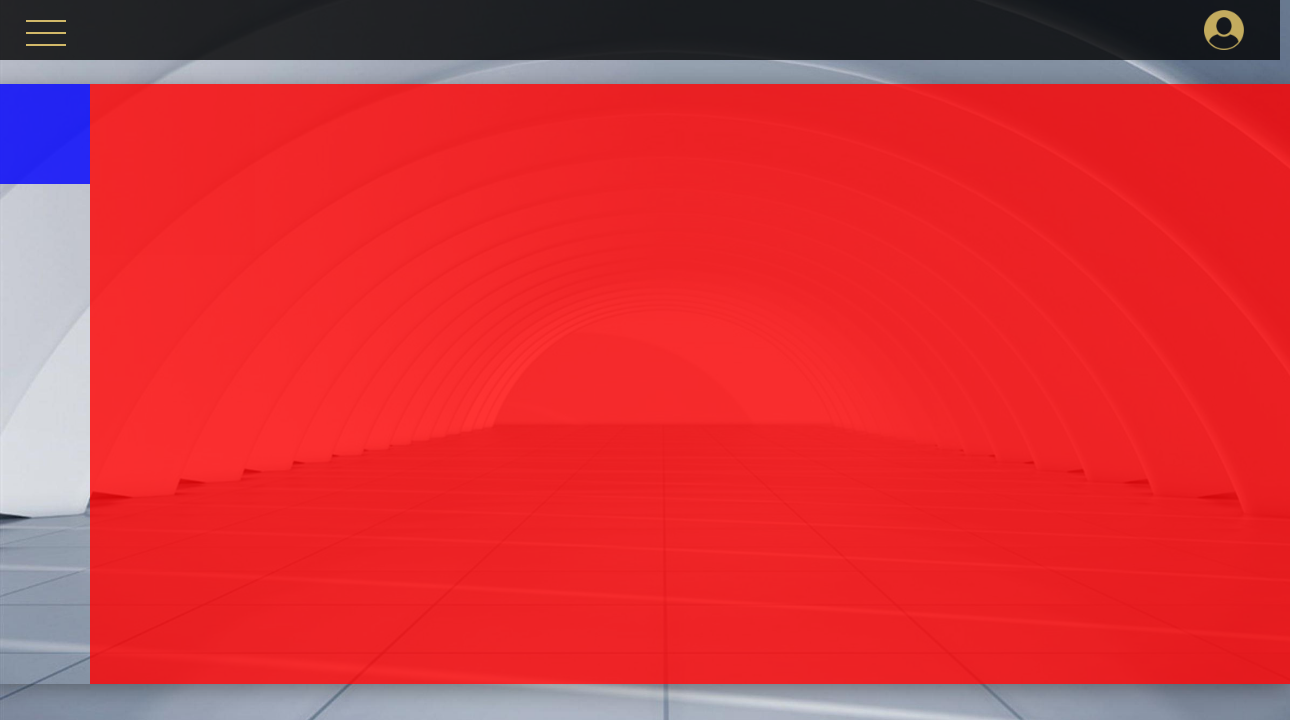
Repository: ustc-hzy/ziYang
Page: login.html
These files come from the project's save history. The page is drawn as it stood at one moment and after the next save; the edit follows.
The browser window is 1280 px wide. The page is 1290 px wide, so the pictures cover 1290 px, including what lies to the right of the window. The pictures show the whole page.
The first `#login-box` is checked.

Above is the page before, as saved 2020-06-19 12:55:18.

After the next save:
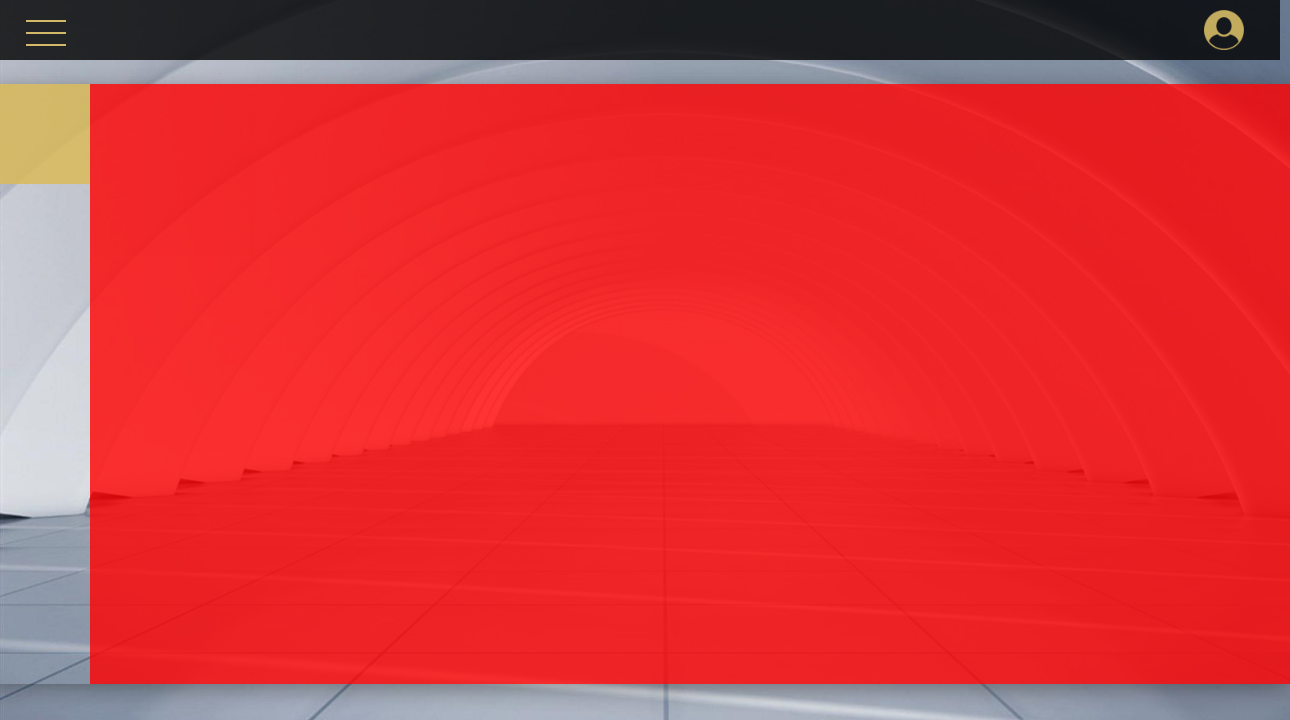
Saved 15 s later.
--- a/css/login.css
+++ b/css/login.css
@@ -48,7 +48,7 @@ body {
     transition: all 0.3s ease-in-out;
 }
 #login-box:checked + label .button{
-    background-color: blue;
+    background-color: #dbba53;
     transition: all 0.3s ease-in-out;
 }
 /* 用于开关的checkbox */
